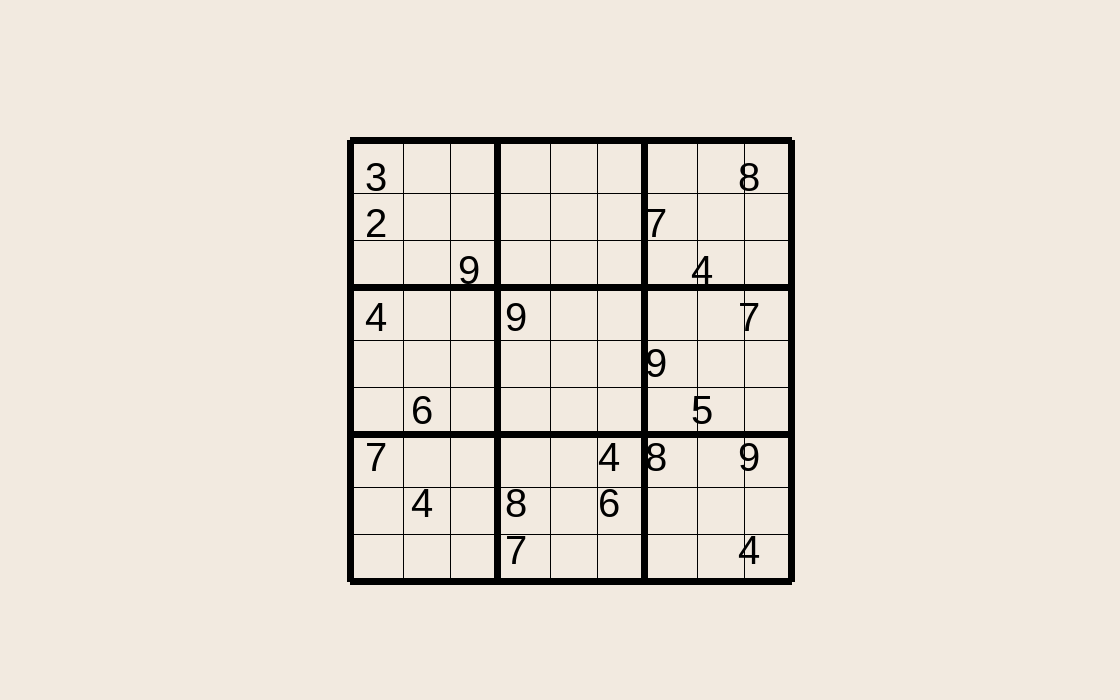
Repository: JensVL96/Puzzle-solver-for-fun
Script's output: python sudoku.py
An editor plug-in stored every save of this project. The script's output is shown before and after the next save, followed by the edit.
The window is shown after at most 60 frames with no key pressed. A system font it names is replaced by a similar one. Random numbers start from a fixed seed.

Above is the script's output before, as saved 2020-11-07 16:42:52.

After the next save:
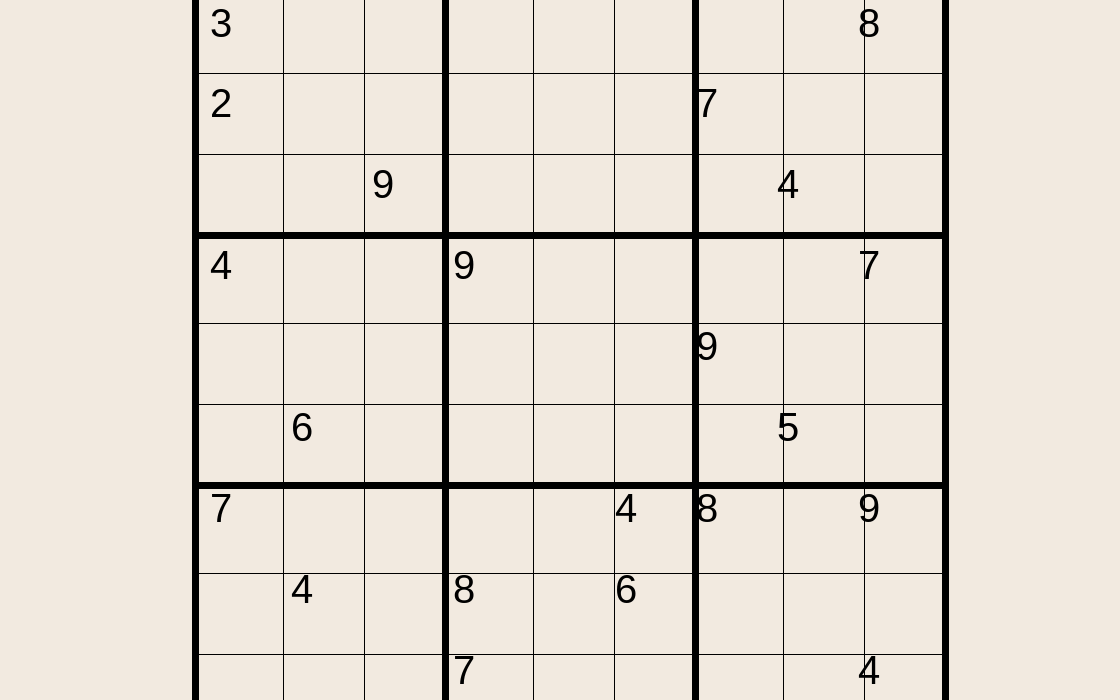
Saved 118 s later.
--- a/config.py
+++ b/config.py
@@ -14,7 +14,7 @@ WHITE = (255,255,255)
 BEIGE = (242,234,224)
 
 # Box info
-BORDER_SIZE = 420
+BORDER_SIZE = 729
 BLOCK_SIZE = BORDER_SIZE / 9
 CELL_SIZE = BLOCK_SIZE / 9
 # Corner coordinates
